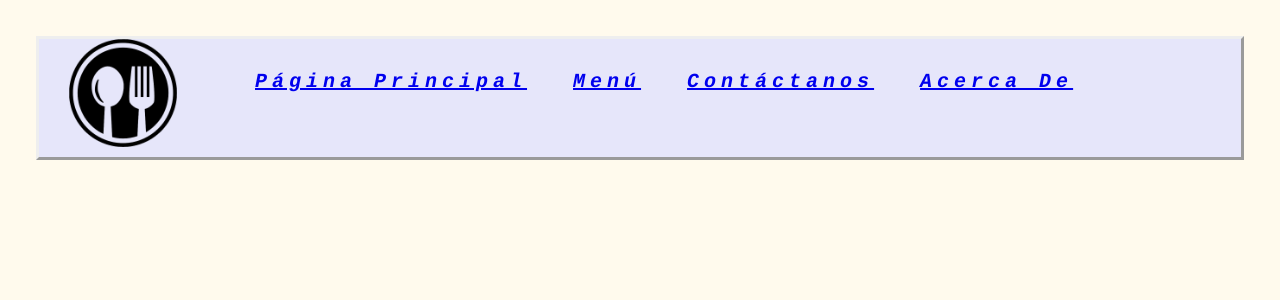
Repository: UVMCoyoacan/eq06_sitio1
Page: Carpeta docs/menu.html
The author's editor kept a copy of each file at every save. The page is drawn from the files as they stood at one save, then again after the next save.
The browser window is 1280 px wide. The pictures show the whole page.

Above is the page before, as saved 2024-03-06 12:01:40.

After the next save:
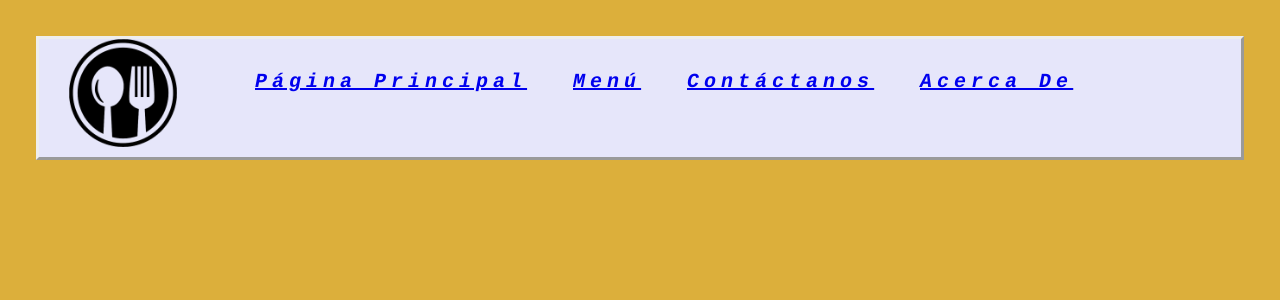
Saved 40 s later.
--- a/Carpeta estilos/estilo1.css
+++ b/Carpeta estilos/estilo1.css
@@ -1,5 +1,5 @@
 body{
-    background-color:#fff0c955;
+    background-color:#d59e11d2;
     font-size:20px;
     font-family:Courier;
     font-weight:bold;
@@ -34,7 +34,7 @@ li {
     font-style:oblique;
     line-height:30px;
     letter-spacing:5px;
-
+    text-decoration:underline;
     text-transform:capitalize;
     text-align:left;
     text-indent:30px;
